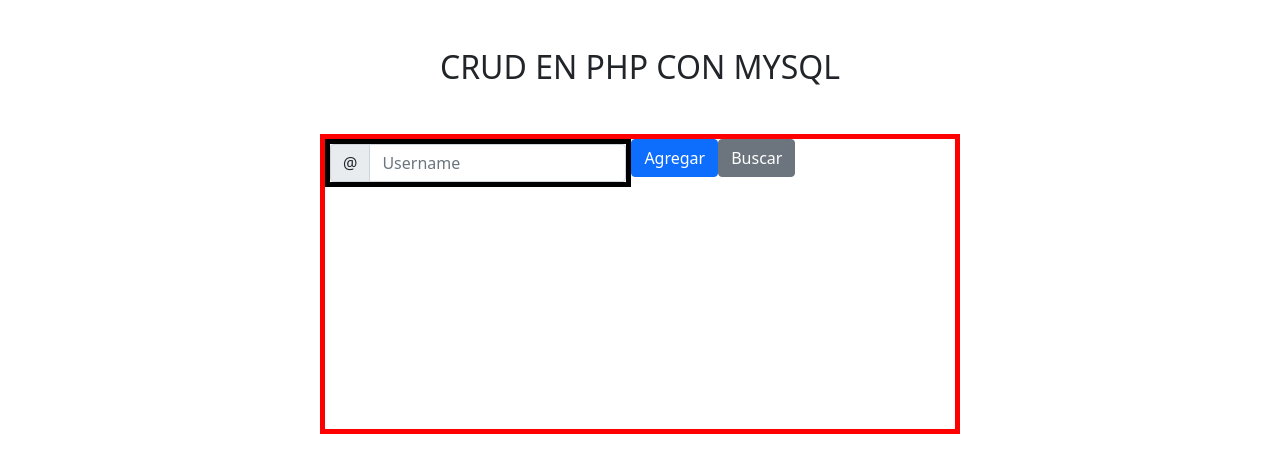
Repository: nder1996/CRUD_SENCILLO
Page: http://localhost/
These files come from the project's save history. The page is drawn as it stood at one moment and after the next save; the edit follows.
The browser window is 1280 px wide. The pictures show the whole page.
The page is run by PHP 8.4 with error messages shown; the project is at /var/www/html/.

Above is the page before, as saved 2021-10-04 19:56:06.

### CRUD - SILENCIADO/index.php
<!DOCTYPE html>
<html lang="en">
<head>
    <meta charset="UTF-8">
    <meta http-equiv="X-UA-Compatible" content="IE=edge">
    <meta name="viewport" content="width=device-width, initial-scale=1.0">
    <title>CRUD PHP</title>
    <link href="https://cdn.jsdelivr.net/npm/bootstrap@5.1.1/dist/css/bootstrap.min.css" rel="stylesheet" integrity="sha384-F3w7mX95PdgyTmZZMECAngseQB83DfGTowi0iMjiWaeVhAn4FJkqJByhZMI3AhiU" crossorigin="anonymous">
    <link rel="stylesheet" href="css/estilos.css">
    <link rel="stylesheet" href="https://cdnjs.cloudflare.com/ajax/libs/bootstrap-icons/1.5.0/font/bootstrap-icons.min.css" integrity="sha512-xnP2tOaCJnzp2d2IqKFcxuOiVCbuessxM6wuiolT9eeEJCyy0Vhcwa4zQvdrZNVqlqaxXhHqsSV1Ww7T2jSCUQ==" crossorigin="anonymous" referrerpolicy="no-referrer" />
</head>
<body>
    <h2 class="text-center mt-5">CRUD EN PHP CON MYSQL</h2>
    <div class="contenedor mt-5">
            <div class="d-flex">
                <section>
                    <label class="visually-hidden" for="inlineFormInputGroupUsername">Username</label>
                    <div class="input-group">
                      <div class="input-group-text">@</div>
                      <input type="text" class="form-control" id="inlineFormInputGroupUsername" placeholder="Username">
                    </div>
                </section>
                <section>
                    <button type="button" class="btn btn-primary">Agregar</button>
                </section>
                <section>
                    <button type="button" class="btn btn-secondary">Buscar</button>
                </section>
            </div>
        <!--
        <div class="input-group">
            <input type="text" class="form-control" placeholder="Recipient's username" aria-label="Recipient's username with two button addons">
            <button class="btn btn-outline-secondary" type="button"><i class="bi bi-search mr-5"></i></button>
            <button class="btn btn-outline-secondary" type="button"><i class="bi bi-file-earmark-plus"></i></button>
          </div>
        <div class="">
            <i class="bi bi-alarm"></i>
        </div>
        -->
    </div>
    <script src="https://cdn.jsdelivr.net/npm/bootstrap@5.1.1/dist/js/bootstrap.bundle.min.js" integrity="sha384-/bQdsTh/da6pkI1MST/rWKFNjaCP5gBSY4sEBT38Q/9RBh9AH40zEOg7Hlq2THRZ" crossorigin="anonymous"></script>
</body>
</html>

### CRUD - SILENCIADO/css/estilos.css
.contenedor{
    border:5px solid red;
    width: 50%;
    height: 300px;
    margin: auto;
}

.input-group{
    border:5px solid black;
}

After the next save:
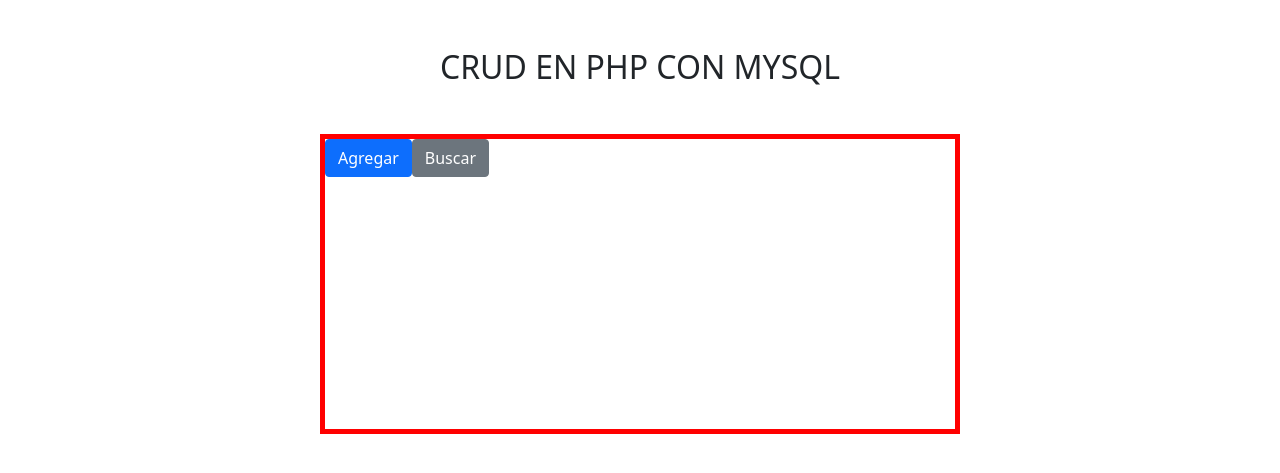
Saved 28 s later.
--- a/CRUD - SILENCIADO/index.php
+++ b/CRUD - SILENCIADO/index.php
@@ -14,7 +14,7 @@
     <div class="contenedor mt-5">
             <div class="d-flex">
                 <section>
-                    <label class="visually-hidden" for="inlineFormInputGroupUsername">Username</label>
+                    <label class="visually-hidden" for="inlineFormInputGroupUsername">Ingr/label>
                     <div class="input-group">
                       <div class="input-group-text">@</div>
                       <input type="text" class="form-control" id="inlineFormInputGroupUsername" placeholder="Username">

After the save that followed:
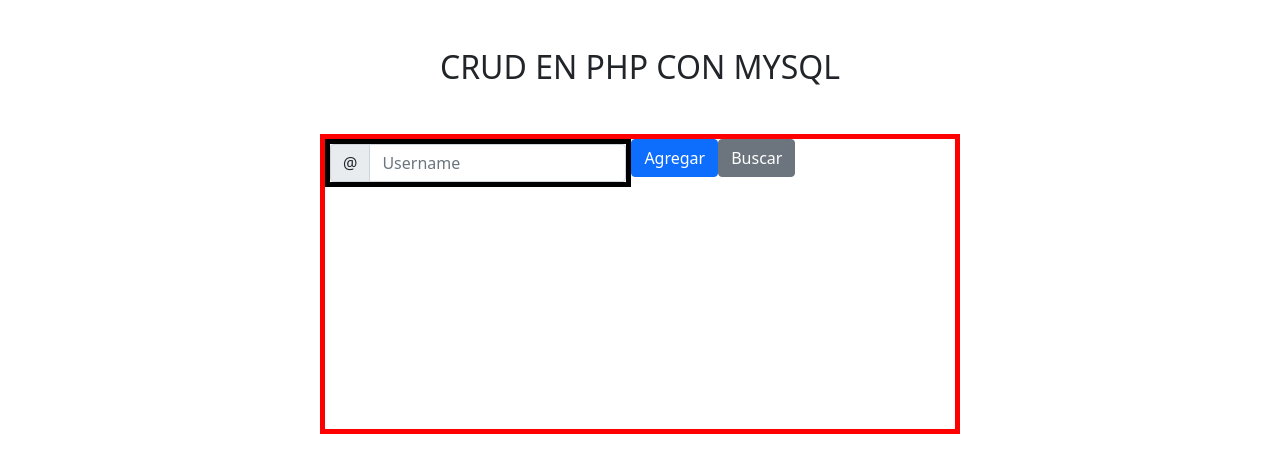
Saved 3 s later.
--- a/CRUD - SILENCIADO/index.php
+++ b/CRUD - SILENCIADO/index.php
@@ -14,7 +14,7 @@
     <div class="contenedor mt-5">
             <div class="d-flex">
                 <section>
-                    <label class="visually-hidden" for="inlineFormInputGroupUsername">Ingr/label>
+                    <label class="visually-hidden" for="inlineFormInputGroupUsername">Username</label>
                     <div class="input-group">
                       <div class="input-group-text">@</div>
                       <input type="text" class="form-control" id="inlineFormInputGroupUsername" placeholder="Username">
